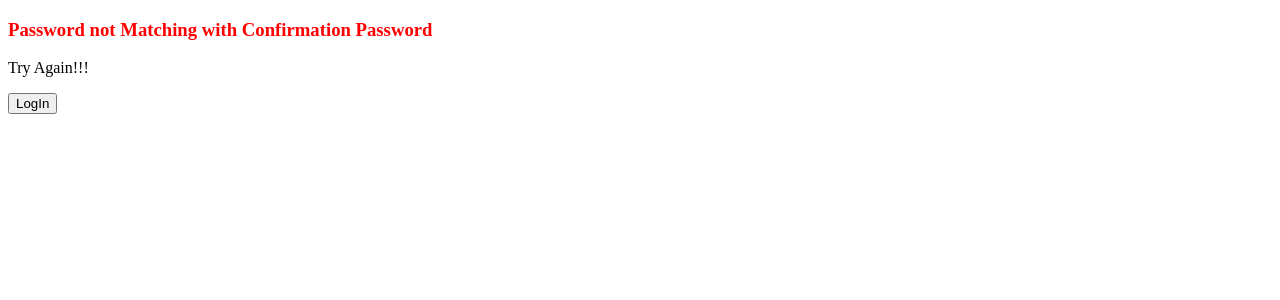
Repository: iamvinayhv/Servlet
Page: http://localhost/EmployeeApp/loginerror.jsp
These files come from the project's save history. The page is drawn as it stood at one moment and after the next save; the edit follows.
The browser window is 1280 px wide. The pictures show the whole page.
The page is served by Tomcat 9. Other server files are loaded and not shown.

Above is the page before, as saved 2017-03-09 12:55:14.

### EmployeeApp/WebContent/loginerror.jsp
<%@ page language="java" contentType="text/html; charset=UTF-8"
    pageEncoding="UTF-8"%>
<!DOCTYPE html PUBLIC "-//W3C//DTD HTML 4.01 Transitional//EN" "http://www.w3.org/TR/html4/loose.dtd">
<html>
<head>
<meta http-equiv="Content-Type" content="text/html; charset=UTF-8">
<title>Insert title here</title>
</head>
<body>

<h3 style="color:red;">Password not Matching with Confirmation Password</h3>

<p>Try Again!!!</p>

<a href="login.jsp">
<input type="submit" value="LogIn"><br/></a>

</body>
</html>

After the next save:
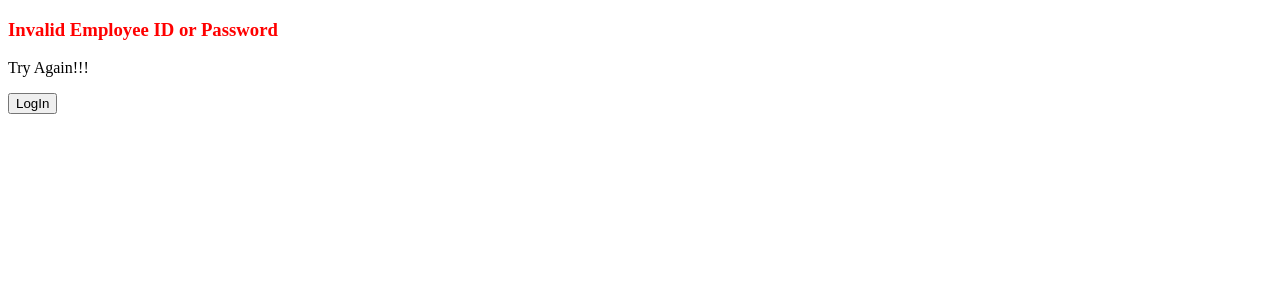
Saved 38 s later.
--- a/EmployeeApp/WebContent/loginerror.jsp
+++ b/EmployeeApp/WebContent/loginerror.jsp
@@ -8,7 +8,7 @@
 </head>
 <body>
 
-<h3 style="color:red;">Password not Matching with Confirmation Password</h3>
+<h3 style="color:red;">Invalid Employee ID or Password</h3>
 
 <p>Try Again!!!</p>
 
